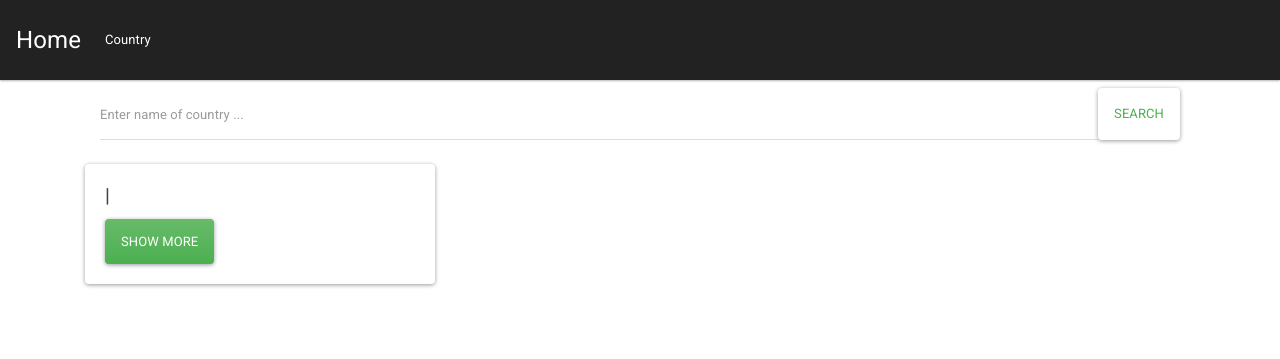
Repository: abdelhak-f/Countries_React
Page: / (app in client/)
An editor plug-in stored every save of this project. The page is shown before and after the next save, followed by the edit.
The browser window is 1280 px wide. The pictures show the whole page.
The page's requests for data from a server got no answer. The project was rebuilt for these pictures with package versions that can differ from the ones it lists, and the page was loaded fresh each time. No one was signed in, and anything a server would have sent is missing. Also part of the build but not shown: client/src/components/countrys/ProfilCountry.jsx.

Above is the page before, as saved 2021-05-11 12:27:06.

After the next save:
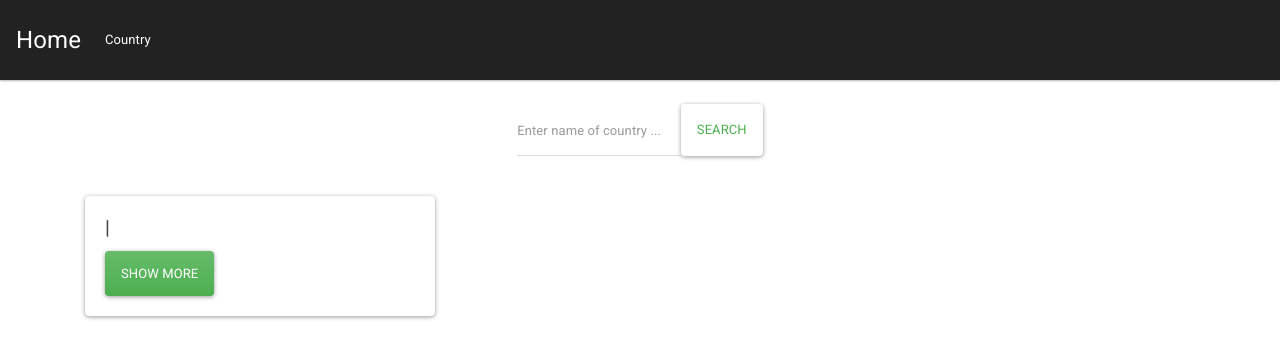
Saved 26 s later.
--- a/client/src/components/countrys/SearchCountry.jsx
+++ b/client/src/components/countrys/SearchCountry.jsx
@@ -65,8 +65,8 @@ const Codes = ({ alpha3Code, alpha2Code, flag, name}) => {
 
     return (
         <div>
-            <div className="container">
-                <form className="d-flex ">
+            <div className="container-fluid w-25 p-3">
+                <form className="d-flex">
                     <input onChange={e => setInput(e.target.value)} className="form-control me-2" type="search" placeholder="Enter name of country ..." aria-label="Search" />
                     <button className="btn btn-outline-success" type="submit">Search</button>
                 </form>
